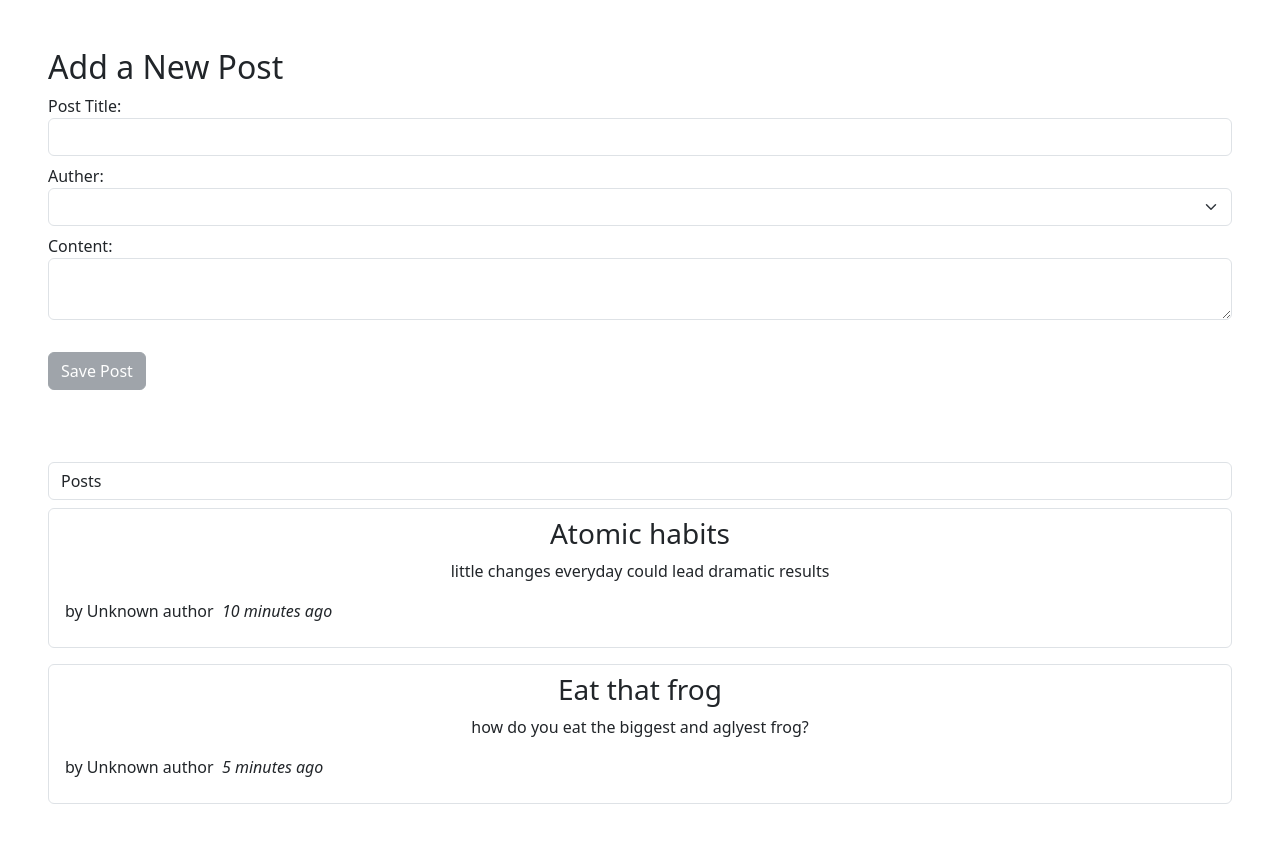
Repository: bekhzodbek231/react-redux-project-
Page: /
These files come from the project's save history. The page is drawn as it stood at one moment and after the next save; the edit follows.
The browser window is 1280 px wide. The pictures show the whole page.
The project was rebuilt for these pictures with package versions that can differ from the ones it lists, and the page was loaded fresh each time. Also part of the build but not shown: vite.config.js.

Above is the page before, as saved 2023-07-27 16:44:01.

### src/main.jsx
import React from 'react'
import ReactDOM from 'react-dom/client'
import App from './App.jsx'
import 'bootstrap/dist/css/bootstrap.min.css';
import {store} from "./app/store.js"
import { Provider } from 'react-redux';

ReactDOM.createRoot(document.getElementById('root')).render(
  <React.StrictMode>
    <Provider store={store}>
      <App />
    </Provider>
  </React.StrictMode>,
)

### src/App.jsx
import './App.css'
import AddPostForm from './features/AddPostForm';
import PostsList from "../src/features/posts/PostsList"




function App(){

  return (
   <div className='App' >
    <AddPostForm />
    <PostsList />
   </div>

  )
}

export default App;

### src/App.css
body {
    background-color: #1a1a1a;
}

### src/features/AddPostForm.jsx
import {useState} from 'react'
import { useDispatch, useSelector } from 'react-redux'

import { selectAllUsers } from './users/usersSlice'
import { postAdded } from './posts/postsSlice'

const AddPostForm = () => {

    const dispatch = useDispatch()

    const [title, setTitle] = useState('');
    const [content, setContent] = useState('');
    const [userId, setUserId] = useState('');

    const users = useSelector(selectAllUsers);

    const onTitleChange = e => setTitle(e.target.value)
    const onContentChange = e => setContent(e.target.value)
    const onAutherChange = e => setUserId(e.target.value)

    const onSavePostClicked = () => {
        if(title && content){
            dispatch(
                postAdded(title, content,userId)
            )
            setTitle('')
            setContent('')
        }
    }

    const canSave = Boolean(title) && Boolean(content) && Boolean(userId)

    const useroptions = users.map(user => (
        <option key={user.id} value={user.id}>
            {user.name}
        </option>
        ))


  return (
    <div className=' my-5 mx-5'>
      <section>
        <h2>Add a New Post</h2>
        <form>
            <div className='form-group'>

            <label htmlFor="postTitle">Post Title:</label>
            <input className="form-control"
                   type="text"
                   name="postTitle"
                   value={title}
                   onChange={onTitleChange} />

            </div >
            <div className='my-2'>
                <label htmlFor="postAuther">Auther:</label>
                <select className='form-select ' value={userId} onChange={onAutherChange}>
                    <option value=""></option>
                     {useroptions}

                </select>
            </div>
            <div className='form-group mb-2'>
            <label htmlFor="postContent">Content:</label>
            <textarea className="form-control"
                      name="postContent"
                      value={content}
                      onChange={onContentChange}  />
            </div>


            <button disabled={!canSave}
                    onClick={onSavePostClicked}
                    type="button"
                    className='btn btn-secondary my-4'>Save Post</button>
        </form>
      </section>
    </div>
  )
}

export default AddPostForm

### src/features/posts/PostsList.jsx
import React from 'react'
import { useSelector } from "react-redux"
import { selectAllPosts } from './postsSlice'
import PostAuthor from './PostAuthor'
import TimeAgo from './TimeAgo'

const PostsList = () => {
    const posts = useSelector(selectAllPosts)
    const orderedPosts = posts.slice().sort((a, b) => b.date.localeCompare(a.date))

    const renderPosts = posts.map((post) => (
        <article className='list-group' key={post.id}>
            <div className='list-group-item mb-3'>

            <h3 className="d-flex justify-content-center">{post.title}</h3>
            <p className="d-flex justify-content-center">{post.content.substring(0, 100)}</p>
            <p>
                <PostAuthor userId={post.userId}/>
                <TimeAgo timestamp={post.date} />
            </p>
            </div>
        </article>
    ))
  return (
    <div className='my-5 mx-5'>
        <section className='form-group'>
            <h2 className="form-control">Posts</h2>
            {renderPosts}
        </section>

    </div>
  )
}

export default PostsList

### src/features/posts/postsSlice.js
import { createSlice, nanoid } from "@reduxjs/toolkit";
import { sub } from "date-fns";

const initialState = [
  {
    id: "1",
    title: "Atomic habits",
    content: "little changes everyday could lead dramatic results",
    date: sub(new Date(), { minutes: 10 }).toISOString(),
  },
  {
    id: "2",
    title: "Eat that frog",
    content: "how do you eat the biggest and aglyest frog?",
    date: sub(new Date(), { minutes: 5 }).toISOString(),
  },
];

const postsSlice = createSlice({
  name: "posts",
  initialState,
  reducers: {
    postAdded: {
      reducer(state, action) {
        state.push(action.payload);
      },
      prepare(title, content, userId) {
        return {
          payload: {
            id: nanoid,
            title,
            content,
            date: new Date().toISOString(),
            userId,
          },
        };
      },
    },
  },
});

export const selectAllPosts = (state) => state.posts;
export const { postAdded } = postsSlice.actions;
export default postsSlice.reducer;

### src/features/users/usersSlice.js
import { createSlice } from "@reduxjs/toolkit";

const initialState = [
  { id: "0", name: "Nematov Bekhzodbek" },
  { id: "1", name: "Betheny White" },
  { id: "2", name: "Dave Gray" },
  { id: "3", name: "Leo Young" },
];

const usersSlice = createSlice({
  name: "users",
  initialState,
  reducers: {},
});

export const selectAllUsers = (state) => state.users;
export default usersSlice.reducer;

### src/features/posts/PostAuthor.jsx
import {  useSelector } from "react-redux"
import { selectAllUsers } from "../users/usersSlice"

const PostAuthor = ({userId}) => {

    const users = useSelector(selectAllUsers);
    const author = users.find(user => user.id === userId)

  return (
   <span>by {author ? author.name : "Unknown author"}</span>
  )
}

export default PostAuthor

### src/features/posts/TimeAgo.jsx
import { parseISO, formatDistanceToNow } from "date-fns"

const TimeAgo = ({timestamp}) => {
    let timeAgo = ""
    if(timestamp){
        const date = parseISO(timestamp)
        const timePeriod = formatDistanceToNow(date)
        timeAgo = `${timePeriod} ago`
    }
  return (
    <span title={timestamp}>
       &nbsp; <i>{timeAgo}</i>
    </span>
  )
}

export default TimeAgo

Loaded but not shown: index.html (common file); src/app/store.js (common file)

After the next save:
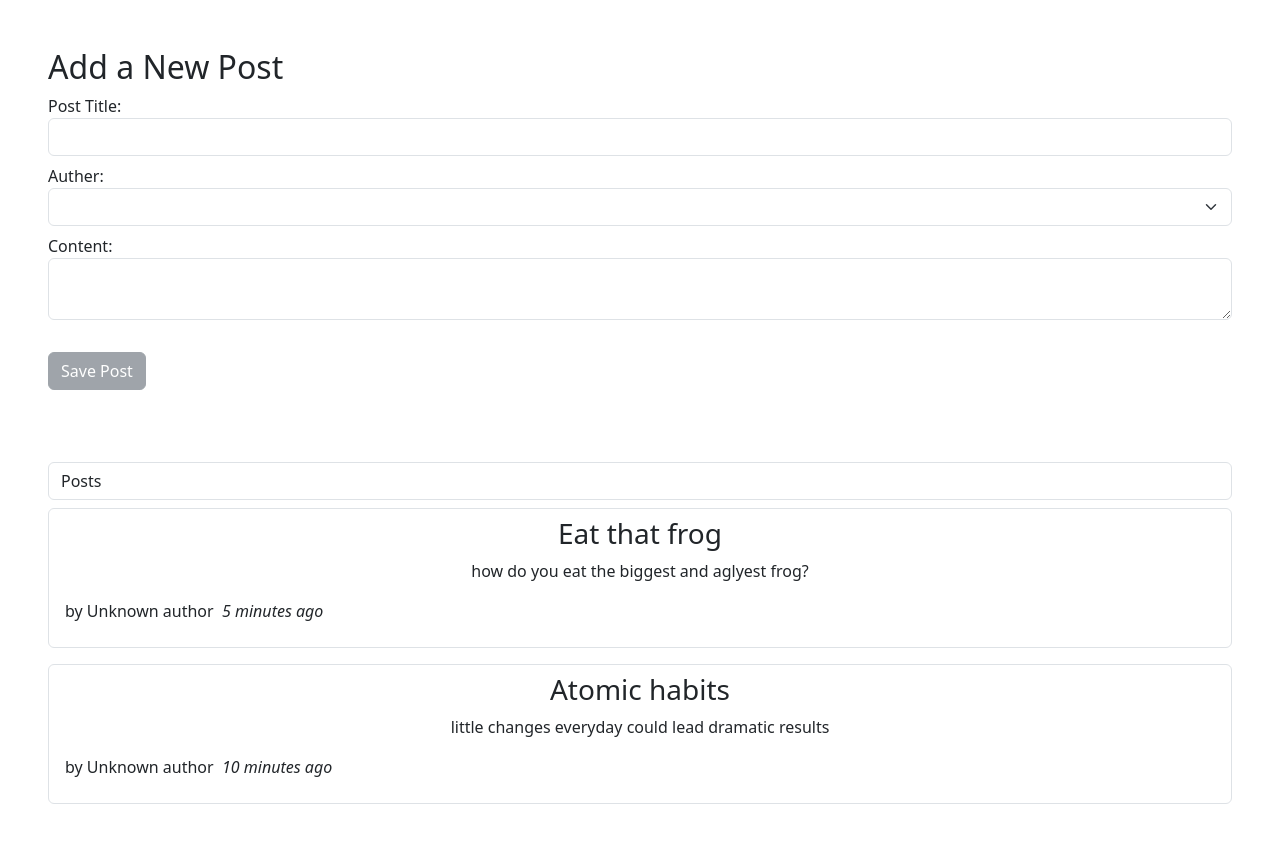
Saved 21 s later.
--- a/src/features/posts/PostsList.jsx
+++ b/src/features/posts/PostsList.jsx
@@ -8,7 +8,7 @@ const PostsList = () => {
     const posts = useSelector(selectAllPosts)
     const orderedPosts = posts.slice().sort((a, b) => b.date.localeCompare(a.date))
 
-    const renderPosts = posts.map((post) => (
+    const renderPosts = orderedPosts.map((post) => (
         <article className='list-group' key={post.id}>
             <div className='list-group-item mb-3'>
 
